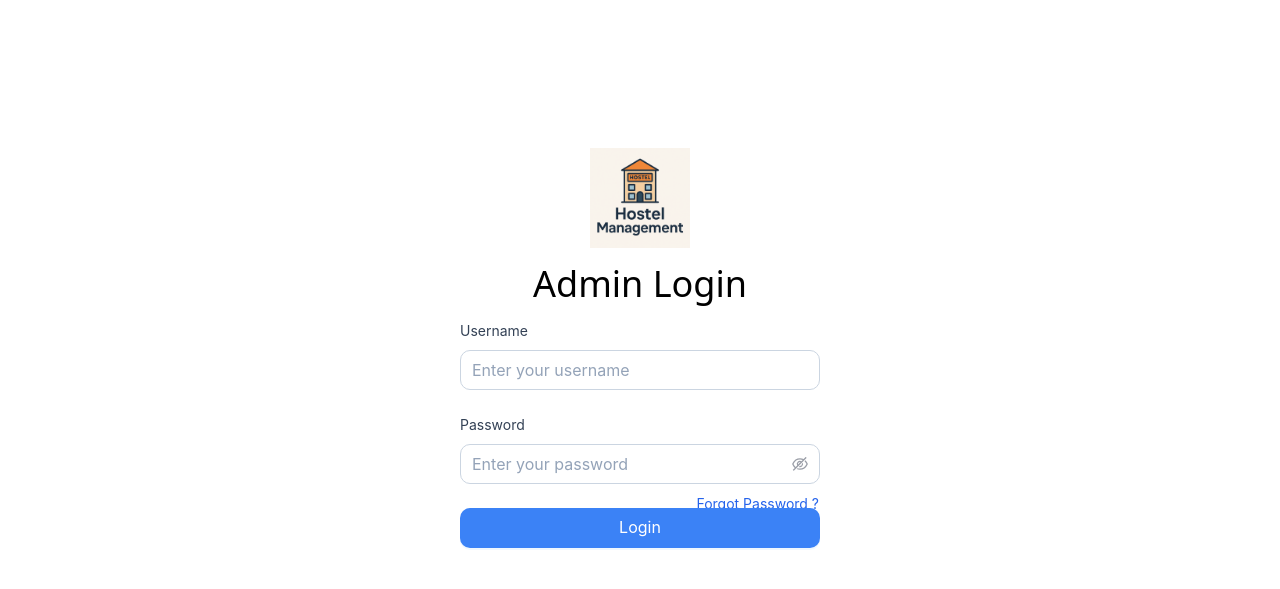
Repository: sujal984/Hostel-Management-System
Page: /Admin/login (app in frontend/)
The author's editor kept a copy of each file at every save. The page is drawn from the files as they stood at one save, then again after the next save.
The browser window is 1280 px wide. The pictures show the whole page.
The project was rebuilt for these pictures with package versions that can differ from the ones it lists, and the page was loaded fresh each time. Also part of the build but not shown: frontend/vite.config.js, frontend/src/components/ProtectedRoute.jsx, frontend/src/components/Acceptedapplication.jsx, frontend/src/components/AdminDashboard.jsx, frontend/src/components/StepForms.jsx, frontend/src/components/ApplicationForm.jsx, frontend/src/components/TrackStatus.jsx, frontend/src/components/Temporary.jsx and 3 more.

Above is the page before, as saved 2025-08-02 17:28:11.

After the next save:
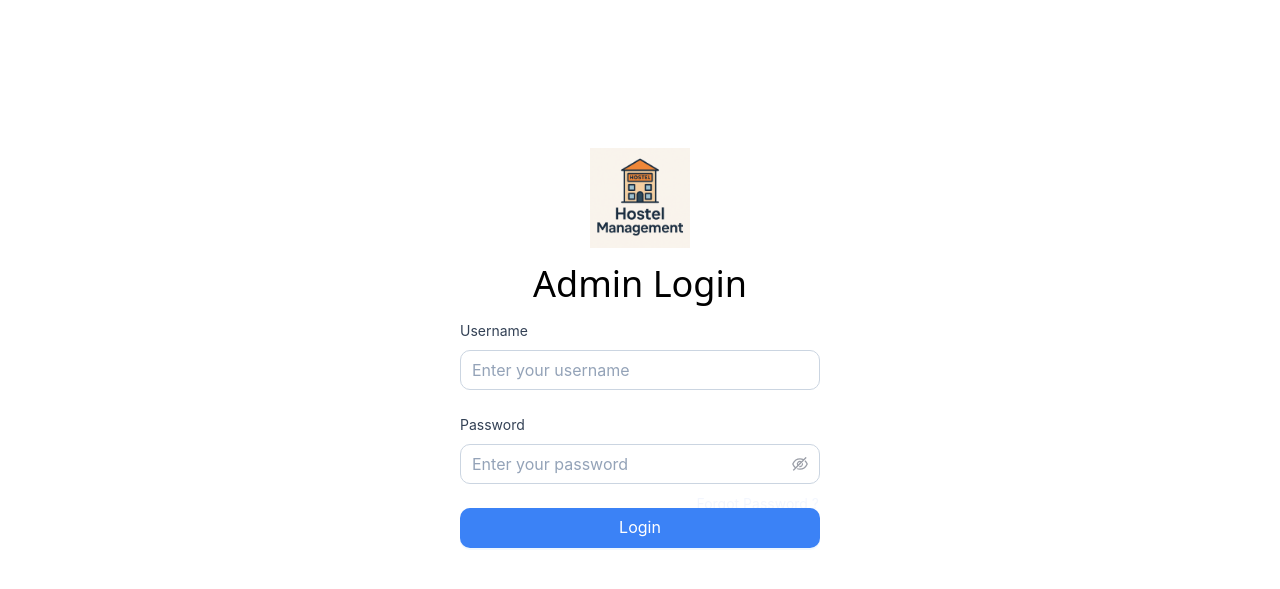
Saved 87 s later.
--- a/frontend/src/components/AdminLogin.jsx
+++ b/frontend/src/components/AdminLogin.jsx
@@ -103,7 +103,7 @@ function AdminLogin() {
                   <Button
                     type="link"
                     href={ROUTES.ForgotPassword}
-                    className="!absolute top-10 right-0 !pr-0 "
+                    className="!absolute top-10 right-0 !pr-0 opacity-5"
                   >
                     Forgot Password ?
                   </Button>
